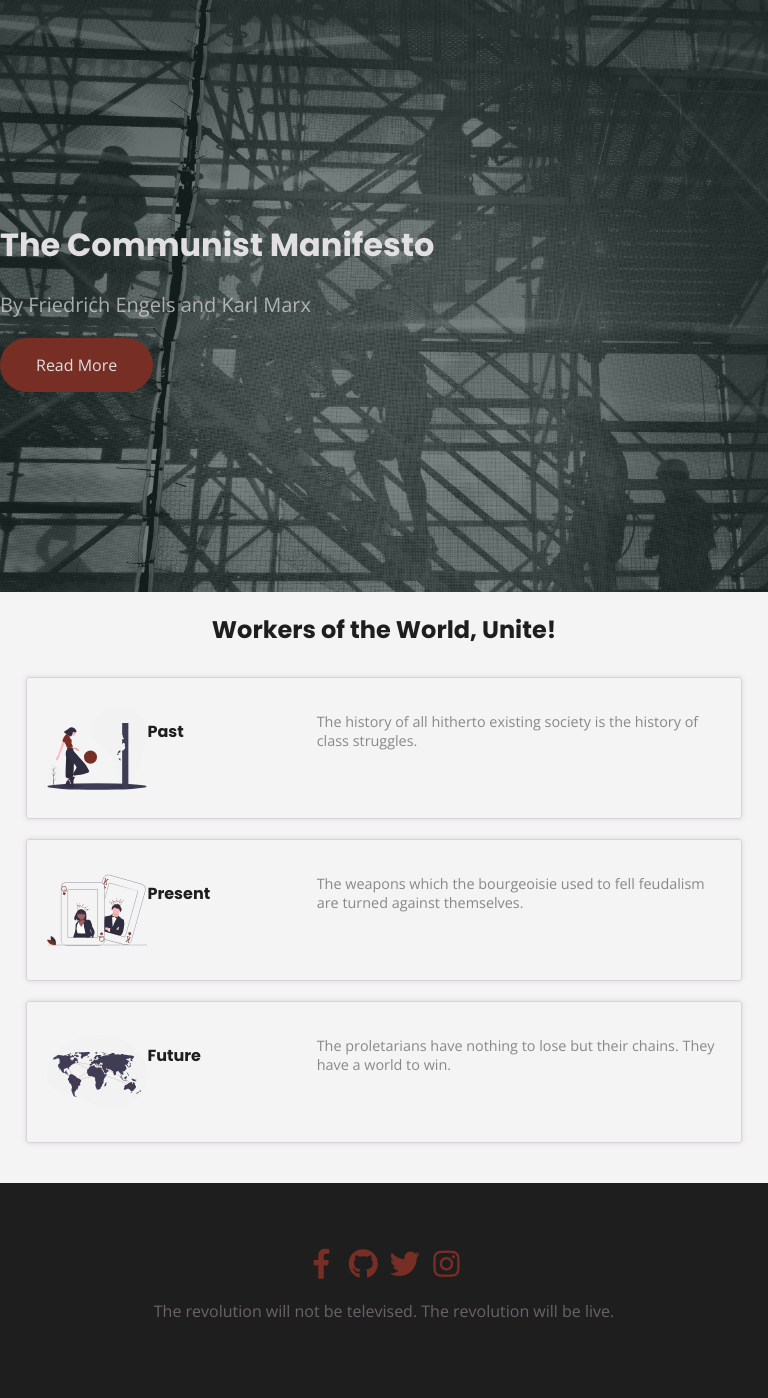
Repository: eaang/landing
Page: index.html
An editor plug-in stored every save of this project. The page is shown before and after the next save, followed by the edit.
The browser window is 768 px wide. The pictures show the whole page.
Some web libraries are served in a nearby version.

Above is the page before, as saved 2020-06-10 17:08:03.

After the next save:
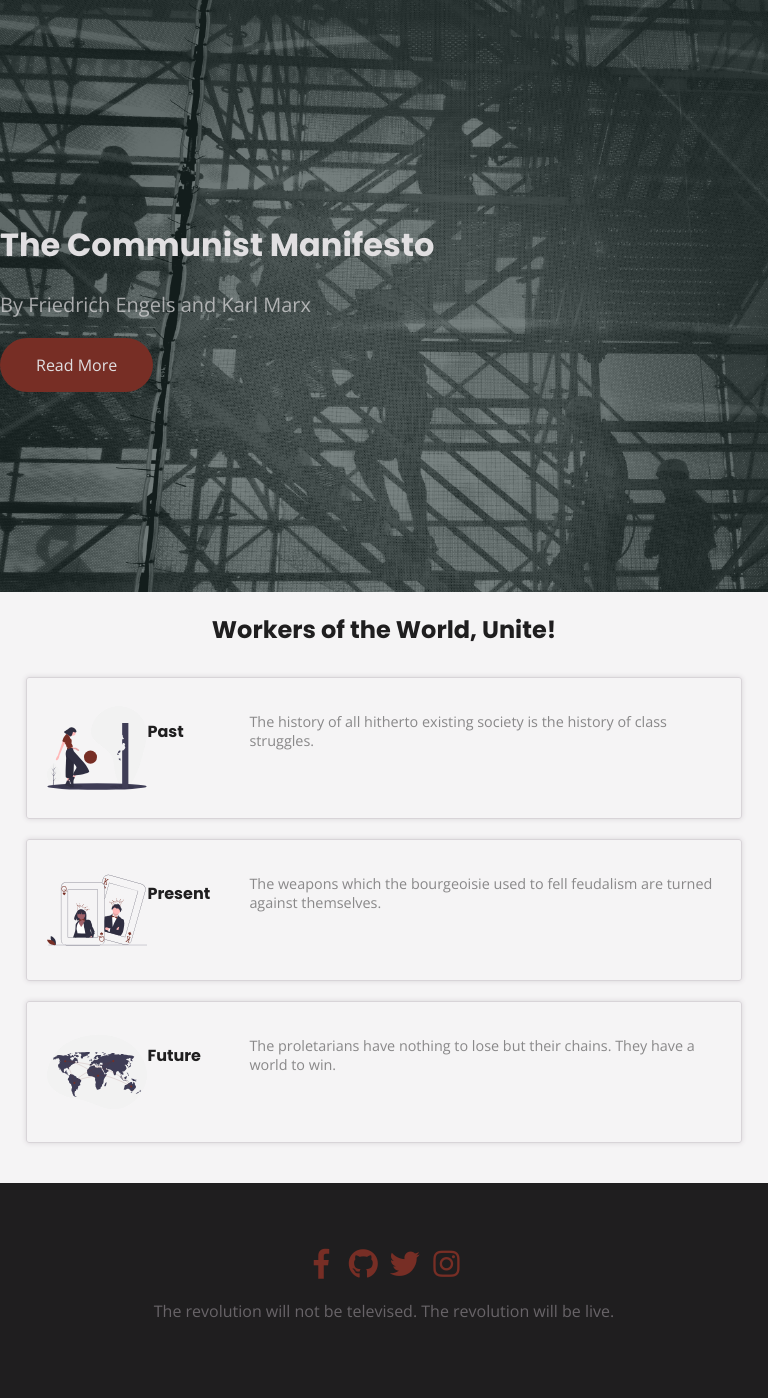
Saved 10 s later.
--- a/css/style.css
+++ b/css/style.css
@@ -145,6 +145,6 @@ a {
     flex: 1 0 auto;
   }
   .card-text {
-    width: 60%;
+    width: 70%;
   }
 }
